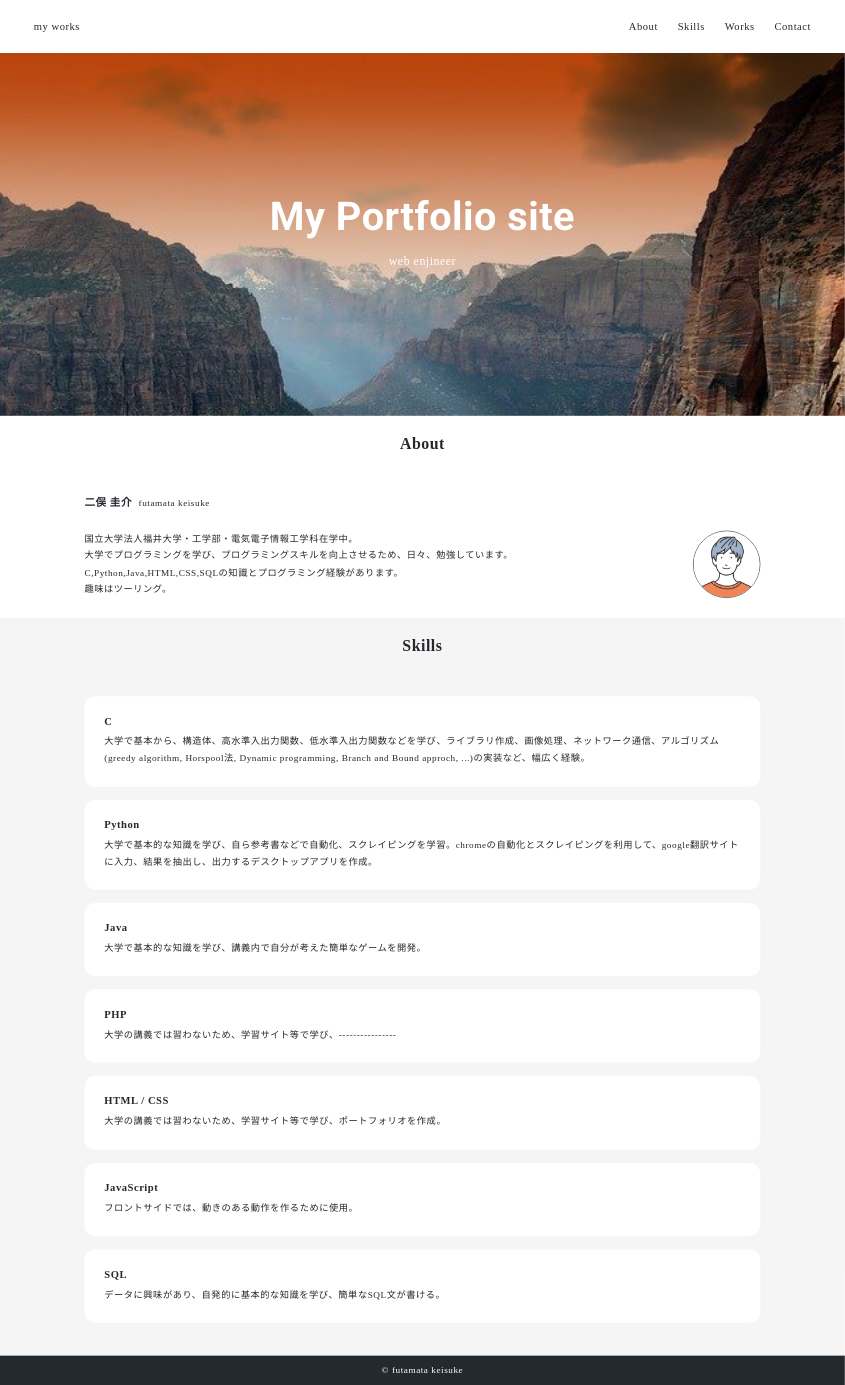
Repository: F-ksk/portfolio
Page: index.html
These files come from the project's save history. The page is drawn as it stood at one moment and after the next save; the edit follows.
The browser window is 1280 px wide. The pictures show the whole page, at 66% of full size.

Above is the page before, as saved 2023-06-29 12:53:42.

After the next save:
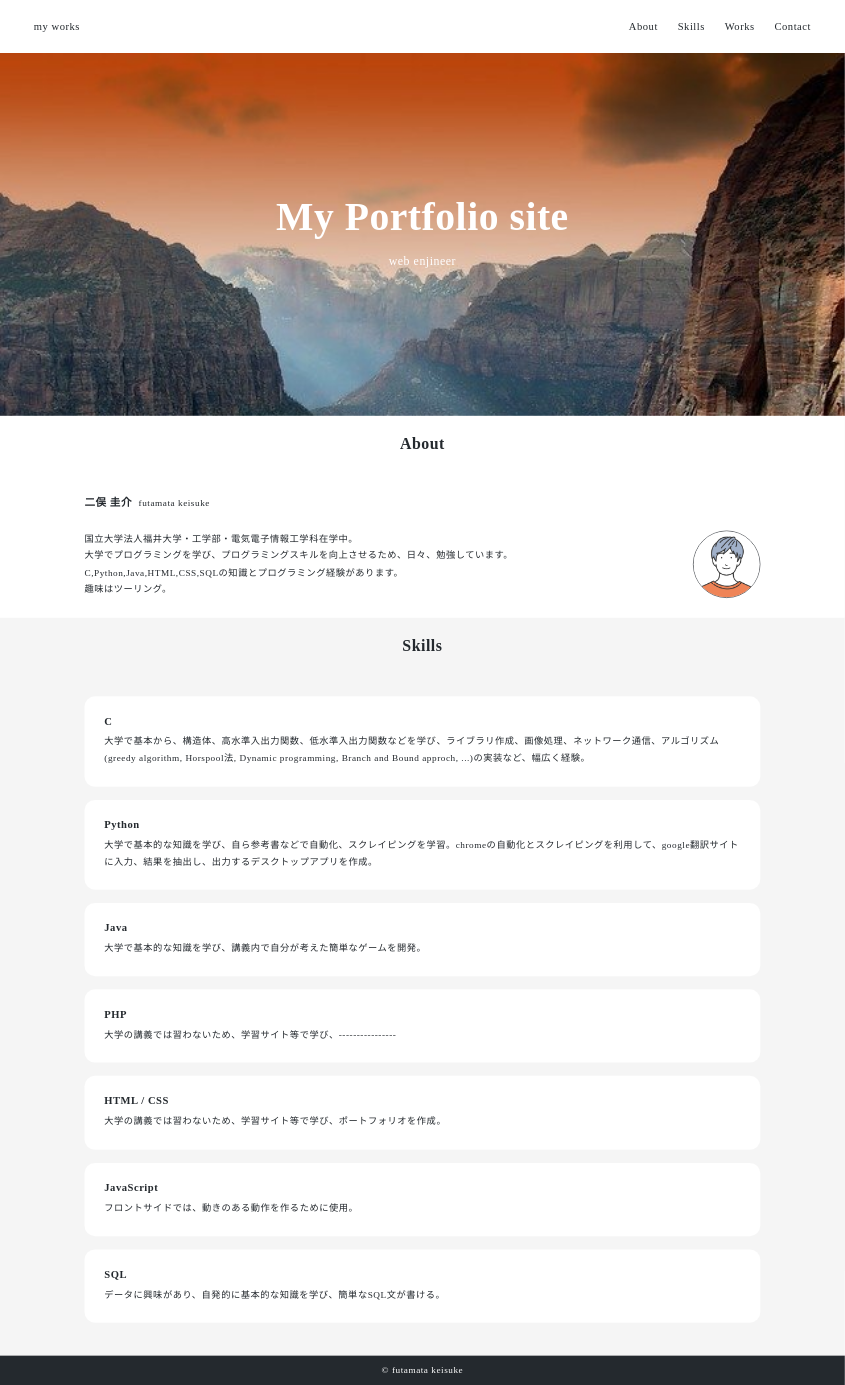
Saved 23 s later.
--- a/css/style.css
+++ b/css/style.css
@@ -32,7 +32,7 @@ p {
 
 h1 {
     font-size: 60px;
-    font-family: 'Roboto', cursive;
+    font-family: 'Noto+Sans+JP', cursive;
 }
 
 h2 {
